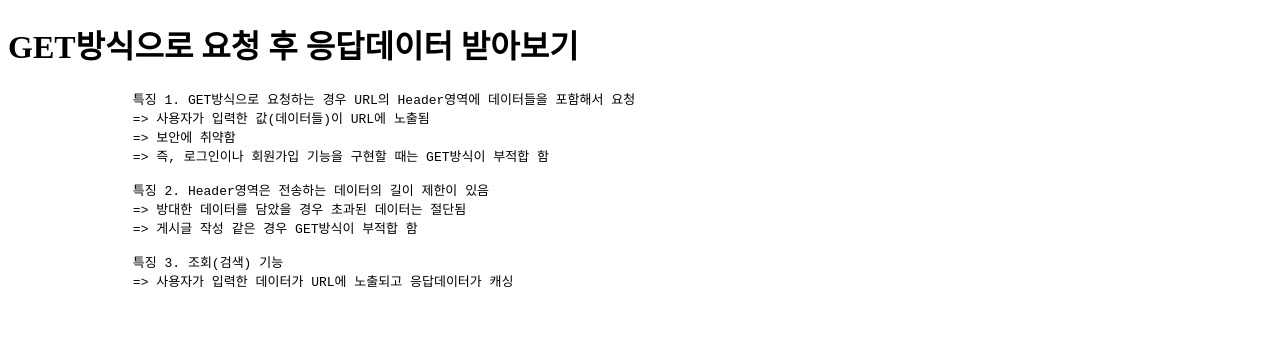
Repository: Rostreaca/0922_Web
Page: MyFirstWebProject/src/main/webapp/views/request_get.html
These files come from the project's save history. The page is drawn as it stood at one moment and after the next save; the edit follows.
The browser window is 1280 px wide. The pictures show the whole page.

Above is the page before, as saved 2025-09-22 07:45:14.

After the next save:
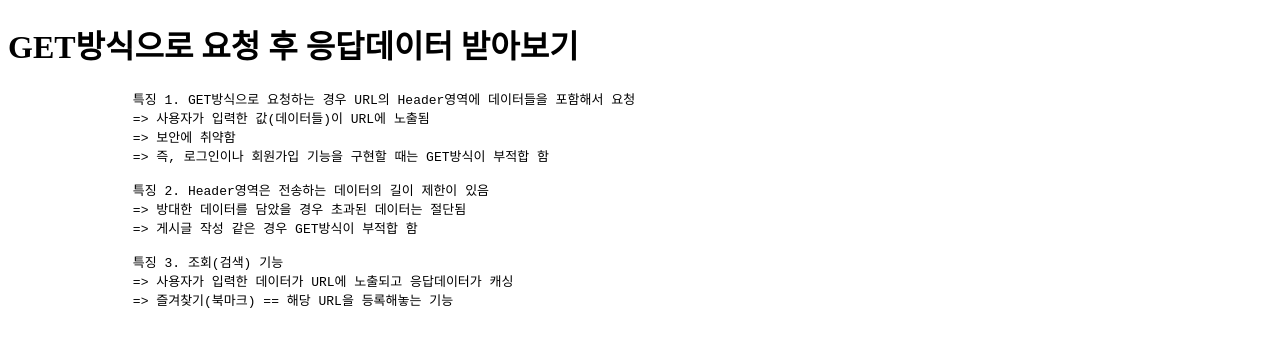
Saved 3 min 48 s later.
--- a/MyFirstWebProject/src/main/webapp/views/request_get.html
+++ b/MyFirstWebProject/src/main/webapp/views/request_get.html
@@ -25,7 +25,7 @@
 
 		특징 3. 조회(검색) 기능
 		=> 사용자가 입력한 데이터가 URL에 노출되고 응답데이터가 캐싱
-
+		=> 즐겨찾기(북마크) == 해당 URL을 등록해놓는 기능
 
 	</pre>
 
